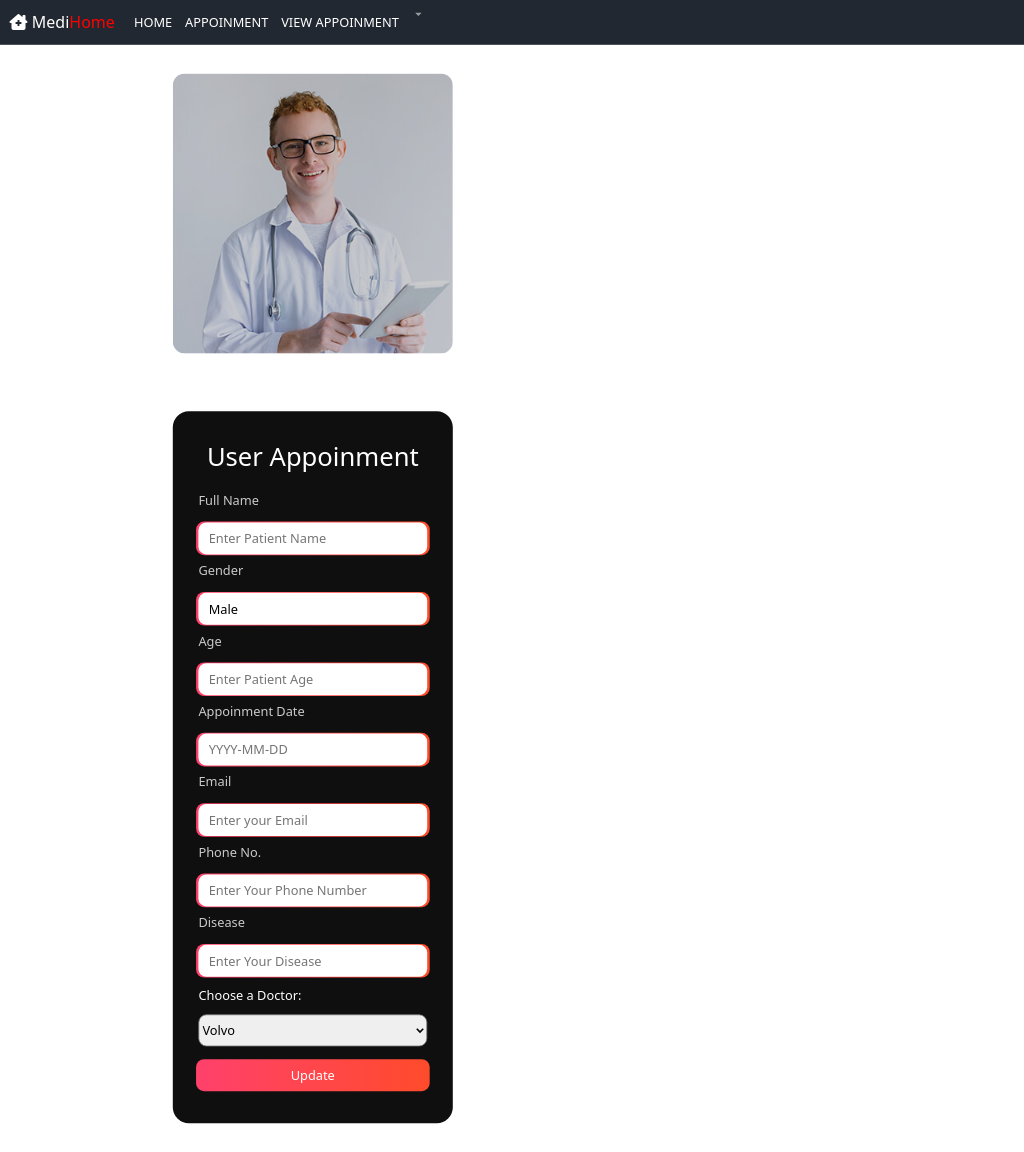
Repository: SparshGarg1/Hospital-Management-System
Page: http://localhost/Hospital/userappoinment.jsp
The author's editor kept a copy of each file at every save. The page is drawn from the files as they stood at one save, then again after the next save.
The browser window is 1280 px wide. The pictures show the whole page, at 80% of full size.
Some web libraries are served in a nearby version. The page is served by Tomcat 9. Queries for data that is not in the repository find no rows.

Above is the page before, as saved 2022-08-19 03:34:42.

After the next save:
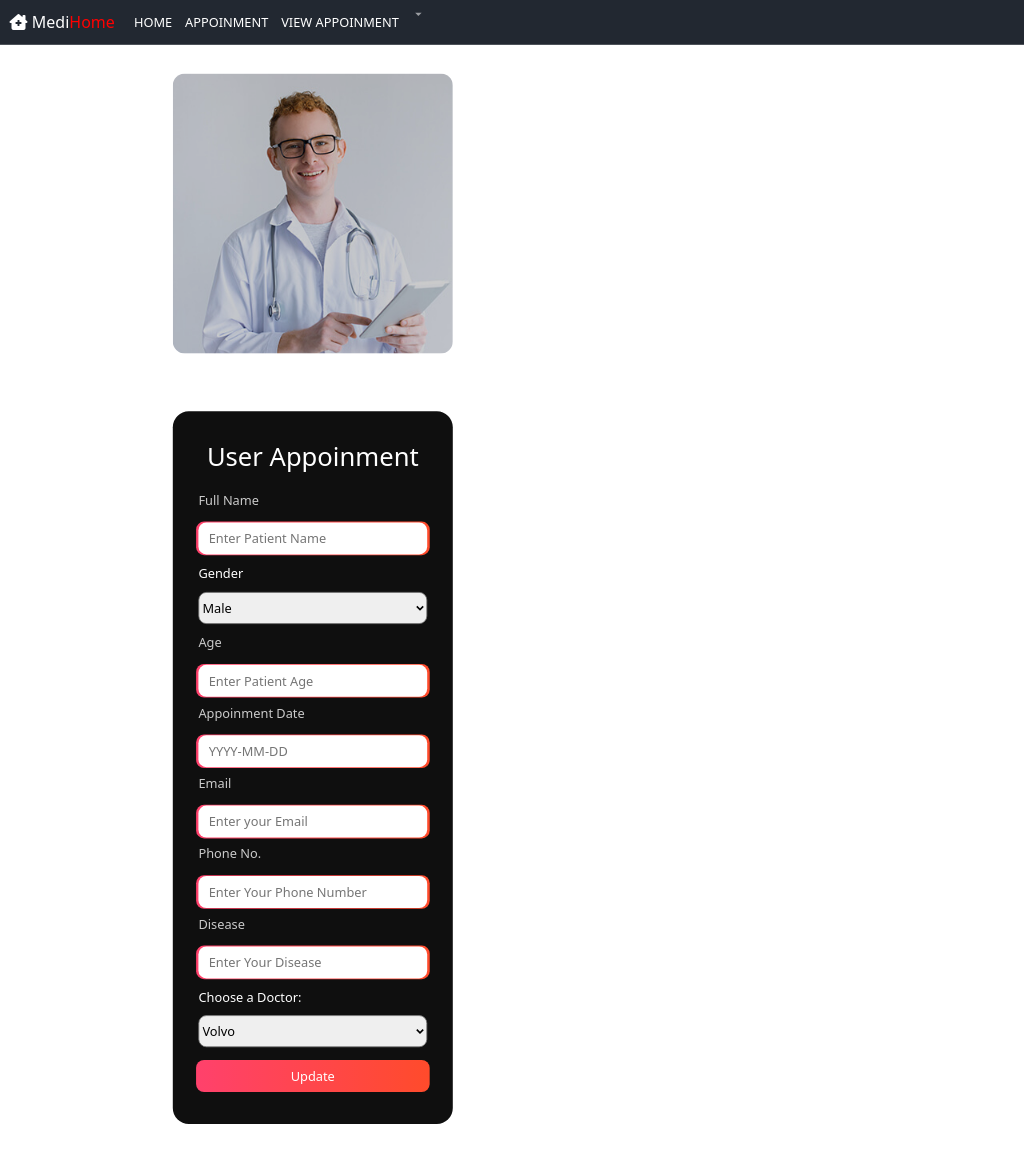
Saved 2 min 3 s later.
--- a/Hospital/WebContent/userappoinment.jsp
+++ b/Hospital/WebContent/userappoinment.jsp
@@ -177,12 +177,12 @@
                 <input type="text" name="name" placeholder="Enter Patient Name">
             </div>
         </div>
-        <div class="bo">
-            <p>Gender</p>
-            <div>
-                <input type="text" name="gender" value="Male">
-            </div>
-        </div>
+        <label for="gender" class="bo">Gender</label>
+            <select id="gender" name="gender" >
+             <option value="Male">Male</option>
+             <option value="Female">Female</option>
+             <option value="Others">Others</option>
+        </select>
         <div class="bo">
             <p>Age</p>
             <div>
